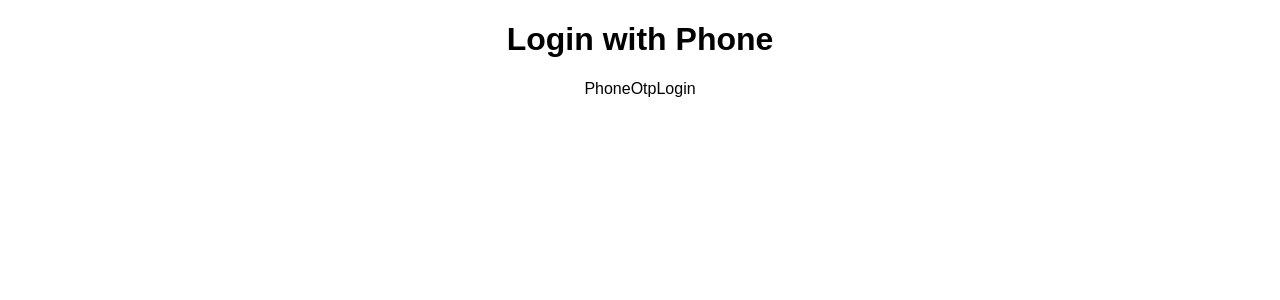
Repository: s-babaeizadeh/OTP-Login
Page: /
An editor plug-in stored every save of this project. The page is shown before and after the next save, followed by the edit.
The browser window is 1280 px wide. The pictures show the whole page.
The project was rebuilt for these pictures with package versions that can differ from the ones it lists, and the page was loaded fresh each time. Also part of the build but not shown: vite.config.js, src/index.css.

Above is the page before, as saved 2024-08-03 11:59:36.

After the next save:
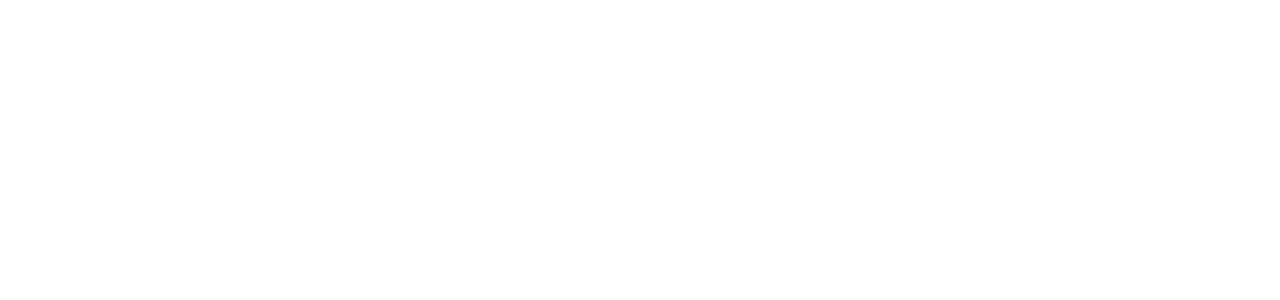
Console error: ReferenceError: handlePhoneNumber is not defined
Saved 6 min 25 s later.
--- a/src/components/PhoneOtpLogin.jsx
+++ b/src/components/PhoneOtpLogin.jsx
@@ -1,7 +1,19 @@
-import React from "react";
+import React, { useState } from "react";
 
 const PhoneOtpLogin = () => {
-  return <div>PhoneOtpLogin</div>;
+  const [phone, setPhone] = useState("");
+  return (
+    <div>
+      <form onSubmit={() => {}}>
+        <input
+          type="text"
+          placeholder="Enter Phone Number"
+          onChange={handlePhoneNumber}
+        />
+        <button type="submit"></button>
+      </form>
+    </div>
+  );
 };
 
 export default PhoneOtpLogin;

After the 2 saves that followed:
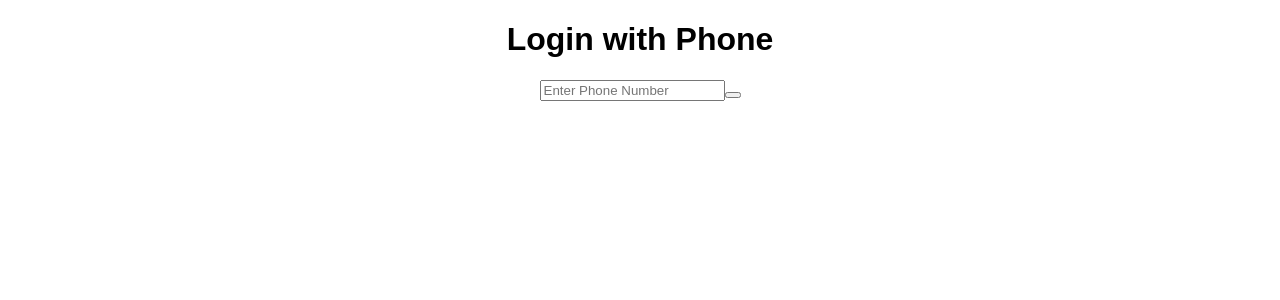
The error is gone.
The 2 saves are shown as one change because 1 left the picture as it was.
The last was saved 5 min 47 s later.
--- a/src/components/PhoneOtpLogin.jsx
+++ b/src/components/PhoneOtpLogin.jsx
@@ -1,7 +1,11 @@
 import React, { useState } from "react";
 
 const PhoneOtpLogin = () => {
-  const [phone, setPhone] = useState("");
+  const [phoneNumber, setPhoneNumber] = useState("");
+
+  const handlePhoneNumber = (e) => {
+    setPhoneNumber(e.target.value);
+  };
   return (
     <div>
       <form onSubmit={() => {}}>
